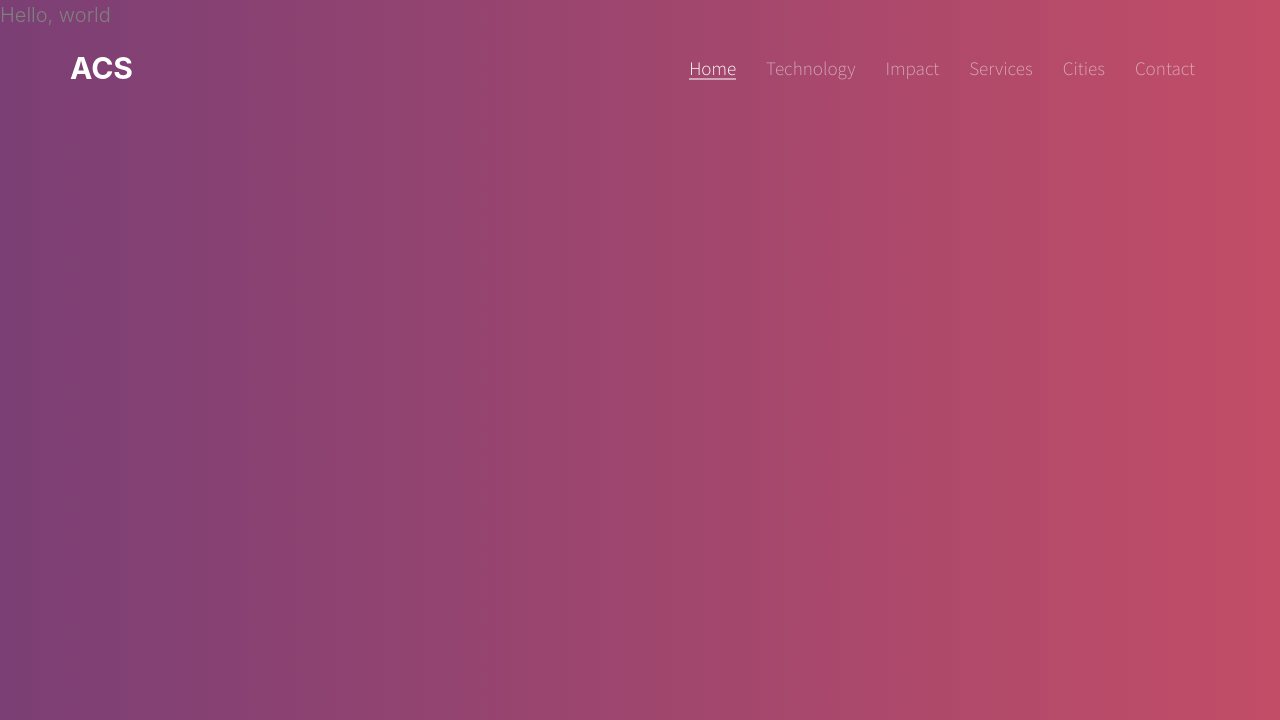
Repository: agarwalrahul-22/acs
Page: /
An editor plug-in stored every save of this project. The page is shown before and after the next save, followed by the edit.
The browser window is 1280 px wide. The pictures show the whole page.
The project was rebuilt for these pictures with package versions that can differ from the ones it lists, and the page was loaded fresh each time.

Above is the page before, as saved 2022-10-09 15:37:52.

### public/index.html
<!DOCTYPE html>
<html lang="en">
  <head>
    <meta charset="utf-8" />
    <link rel="icon" href="%PUBLIC_URL%/favicon.ico" />
    <meta name="viewport" content="width=device-width, initial-scale=1" />
    <meta name="theme-color" content="#000000" />
    <meta name="description" content="Blockchain based Atithi Compliance System" />
    <link rel="apple-touch-icon" href="%PUBLIC_URL%/logo192.png" />
    <link href='https://fonts.googleapis.com/css?family=Source+Sans+Pro:400,300,600,400italic,700' rel='stylesheet'
      type='text/css'>
    <link rel="stylesheet" href="css/animate.css">
    <link rel="stylesheet" href="css/icomoon.css">
    <link rel="stylesheet" href="css/simple-line-icons.css">
    <link rel="stylesheet" href="css/magnific-popup.css">
    <link rel="stylesheet" href="css/bootstrap.css">
    <link rel="stylesheet" href="css/style3.css">
    <!--
      manifest.json provides metadata used when your web app is installed on a
      user's mobile device or desktop. See https://developers.google.com/web/fundamentals/web-app-manifest/
    -->
    <link rel="manifest" href="%PUBLIC_URL%/manifest.json" />
    <!--
      Notice the use of %PUBLIC_URL% in the tags above.
      It will be replaced with the URL of the `public` folder during the build.
      Only files inside the `public` folder can be referenced from the HTML.

      Unlike "/favicon.ico" or "favicon.ico", "%PUBLIC_URL%/favicon.ico" will
      work correctly both with client-side routing and a non-root public URL.
      Learn how to configure a non-root public URL by running `npm run build`.
    -->
    <title>Atithi Compliance System</title>
  </head>
  <body>
    <noscript>You need to enable JavaScript to run this app.</noscript>
    <div id="root"></div>
    <!--
      This HTML file is a template.
      If you open it directly in the browser, you will see an empty page.

      You can add webfonts, meta tags, or analytics to this file.
      The build step will place the bundled scripts into the <body> tag.

      To begin the development, run `npm start` or `yarn start`.
      To create a production bundle, use `npm run build` or `yarn build`.
    -->
  </body>
</html>

### src/index.css
body {
  margin: 0;
  font-family: -apple-system, BlinkMacSystemFont, 'Segoe UI', 'Roboto', 'Oxygen',
    'Ubuntu', 'Cantarell', 'Fira Sans', 'Droid Sans', 'Helvetica Neue',
    sans-serif;
  /* background-color: #c24d67; */
  /* background-image: -webkit-gradient(linear, 0% 0%, 100% 100%, color-stop(0, #7b3f75), color-stop(1, #c24d67)); */
  /* Android 2.3 */
  background-image: -webkit-repeating-linear-gradient(top left, #7b3f75 0%, #c24d67 100%);
  /* IE10+ */
  /* background-image: repeating-linear-gradient(to bottom right, #7b3f75 0%, #c24d67 100%); */
  background-image: -ms-repeating-linear-gradient(top left, #7b3f75 0%, #c24d67 100%);
  -webkit-font-smoothing: antialiased;
  -moz-osx-font-smoothing: grayscale;
}

code {
  font-family: source-code-pro, Menlo, Monaco, Consolas, 'Courier New',
    monospace;
}

### public/css/simple-line-icons.css
@font-face {
  font-family: 'simple-line-icons';
  src:  url('../fonts/simple-line-icons/Simple-Line-Icons.eot?v=2.2.2');
  src:  url('../fonts/simple-line-icons/Simple-Line-Icons.eot?#iefix&v=2.2.2') format('embedded-opentype'),
        url('../fonts/simple-line-icons/Simple-Line-Icons.ttf?v=2.2.2') format('truetype'),
        url('../fonts/simple-line-icons/Simple-Line-Icons.woff2?v=2.2.2') format('woff2'),
        url('../fonts/simple-line-icons/Simple-Line-Icons.woff?v=2.2.2') format('woff'),
        url('../fonts/simple-line-icons/Simple-Line-Icons.svg?v=2.2.2#simple-line-icons') format('svg');
  font-weight: normal;
  font-style: normal;
}
/*
 Use the following CSS code if you want to have a class per icon.
 Instead of a list of all class selectors, you can use the generic [class*="icon-"] selector, but it's slower:
*/
.icon-user,
.icon-people,
.icon-user-female,
.icon-user-follow,
.icon-user-following,
.icon-user-unfollow,
.icon-login,
.icon-logout,
.icon-emotsmile,
.icon-phone,
.icon-call-end,
.icon-call-in,
.icon-call-out,
.icon-map,
.icon-location-pin,
.icon-direction,
.icon-directions,
.icon-compass,
.icon-layers,
.icon-menu,
.icon-list,
.icon-options-vertical,
.icon-options,
.icon-arrow-down,
.icon-arrow-left,
.icon-arrow-right,
.icon-arrow-up,
.icon-arrow-up-circle,
.icon-arrow-left-circle,
.icon-arrow-right-circle,
.icon-arrow-down-circle,
.icon-check,
.icon-clock,
.icon-plus,
.icon-close,
.icon-trophy,
.icon-screen-smartphone,
.icon-screen-desktop,
.icon-plane,
.icon-notebook,
.icon-mustache,
.icon-mouse,
.icon-magnet,
.icon-energy,
.icon-disc,
.icon-cursor,
.icon-cursor-move,
.icon-crop,
.icon-chemistry,
.icon-speedometer,
.icon-shield,
.icon-screen-tablet,
.icon-magic-wand,
.icon-hourglass,
.icon-graduation,
.icon-ghost,
.icon-game-controller,
.icon-fire,
.icon-eyeglass,
.icon-envelope-open,
.icon-envelope-letter,
.icon-bell,
.icon-badge,
.icon-anchor,
.icon-wallet,
.icon-vector,
.icon-speech,
.icon-puzzle,
.icon-printer,
.icon-present,
.icon-playlist,
.icon-pin,
.icon-picture,
.icon-handbag,
.icon-globe-alt,
.icon-globe,
.icon-folder-alt,
.icon-folder,
.icon-film,
.icon-feed,
.icon-drop,
.icon-drawar,
.icon-docs,
.icon-doc,
.icon-diamond,
.icon-cup,
.icon-calculator,
.icon-bubbles,
.icon-briefcase,
.icon-book-open,
.icon-basket-loaded,
.icon-basket,
.icon-bag,
.icon-action-undo,
.icon-action-redo,
.icon-wrench,
.icon-umbrella,
.icon-trash,
.icon-tag,
.icon-support,
.icon-frame,
.icon-size-fullscreen,
.icon-size-actual,
.icon-shuffle,
.icon-share-alt,
.icon-share,
.icon-rocket,
.icon-question,
.icon-pie-chart,
.icon-pencil,
.icon-note,
.icon-loop,
.icon-home,
.icon-grid,
.icon-graph,
.icon-microphone,
.icon-music-tone-alt,
.icon-music-tone,
.icon-earphones-alt,
.icon-earphones,
.icon-equalizer,
.icon-like,
.icon-dislike,
.icon-control-start,
.icon-control-rewind,
.icon-control-play,
.icon-control-pause,
.icon-control-forward,
.icon-control-end,
.icon-volume-1,
.icon-volume-2,
.icon-volume-off,
.icon-calendar,
.icon-bulb,
.icon-chart,
.icon-ban,
.icon-bubble,
.icon-camrecorder,
.icon-camera,
.icon-cloud-download,
.icon-cloud-upload,
.icon-envelope,
.icon-eye,
.icon-flag,
.icon-heart,
.icon-info,
.icon-key,
.icon-link,
.icon-lock,
.icon-lock-open,
.icon-magnifier,
.icon-magnifier-add,
.icon-magnifier-remove,
.icon-paper-clip,
.icon-paper-plane,
.icon-power,
.icon-refresh,
.icon-reload,
.icon-settings,
.icon-star,
.icon-symble-female,
.icon-symbol-male,
.icon-target,
.icon-credit-card,
.icon-paypal,
.icon-social-tumblr,
.icon-social-twitter,
.icon-social-facebook,
.icon-social-instagram,
.icon-social-linkedin,
.icon-social-pinterest,
.icon-social-github,
.icon-social-gplus,
.icon-social-reddit,
.icon-social-skype,
.icon-social-dribbble,
.icon-social-behance,
.icon-social-foursqare,
.icon-social-soundcloud,
.icon-social-spotify,
.icon-social-stumbleupon,
.icon-social-youtube,
.icon-social-dropbox {
  font-family: 'simple-line-icons';
  speak: none;
  font-style: normal;
  font-weight: normal;
  font-variant: normal;
  text-transform: none;
  line-height: 1;
  /* Better Font Rendering =========== */
  -webkit-font-smoothing: antialiased;
  -moz-osx-font-smoothing: grayscale;
}
.icon-user:before {
  content: "\e005";
}
.icon-people:before {
  content: "\e001";
}
.icon-user-female:before {
  content: "\e000";
}
.icon-user-follow:before {
  content: "\e002";
}
.icon-user-following:before {
  content: "\e003";
}
.icon-user-unfollow:before {
  content: "\e004";
}
.icon-login:before {
  content: "\e066";
}
.icon-logout:before {
  content: "\e065";
}
.icon-emotsmile:before {
  content: "\e021";
}
.icon-phone:before {
  content: "\e600";
}
.icon-call-end:before {
  content: "\e048";
}
.icon-call-in:before {
  content: "\e047";
}
.icon-call-out:before {
  content: "\e046";
}
.icon-map:before {
  content: "\e033";
}
.icon-location-pin:before {
  content: "\e096";
}
.icon-direction:before {
  content: "\e042";
}
.icon-directions:before {
  content: "\e041";
}
.icon-compass:before {
  content: "\e045";
}
.icon-layers:before {
  content: "\e034";
}
.icon-menu:before {
  content: "\e601";
}
.icon-list:before {
  content: "\e067";
}
.icon-options-vertical:before {
  content: "\e602";
}
.icon-options:before {
  content: "\e603";
}
.icon-arrow-down:before {
  content: "\e604";
}
.icon-arrow-left:before {
  content: "\e605";
}
.icon-arrow-right:before {
  content: "\e606";
}
.icon-arrow-up:before {
  content: "\e607";
}
.icon-arrow-up-circle:before {
  content: "\e078";
}
.icon-arrow-left-circle:before {
  content: "\e07a";
}
.icon-arrow-right-circle:before {
  content: "\e079";
}
.icon-arrow-down-circle:before {
  content: "\e07b";
}
.icon-check:before {
  content: "\e080";
}
.icon-clock:before {
  content: "\e081";
}
.icon-plus:before {
  content: "\e095";
}
.icon-close:before {
  content: "\e082";
}
.icon-trophy:before {
  content: "\e006";
}
.icon-screen-smartphone:before {
  content: "\e010";
}
.icon-screen-desktop:before {
  content: "\e011";
}
.icon-plane:before {
  content: "\e012";
}
.icon-notebook:before {
  content: "\e013";
}
.icon-mustache:before {
  content: "\e014";
}
.icon-mouse:before {
  content: "\e015";
}
.icon-magnet:before {
  content: "\e016";
}
.icon-energy:before {
  content: "\e020";
}
.icon-disc:before {
  content: "\e022";
}
.icon-cursor:before {
  content: "\e06e";
}
.icon-cursor-move:before {
  content: "\e023";
}
.icon-crop:before {
  content: "\e024";
}
.icon-chemistry:before {
  content: "\e026";
}
.icon-speedometer:before {
  content: "\e007";
}
.icon-shield:before {
  content: "\e00e";
}
.icon-screen-tablet:before {
  content: "\e00f";
}
.icon-magic-wand:before {
  content: "\e017";
}
.icon-hourglass:before {
  content: "\e018";
}
.icon-graduation:before {
  content: "\e019";
}
.icon-ghost:before {
  content: "\e01a";
}
.icon-game-controller:before {
  content: "\e01b";
}
.icon-fire:before {
  content: "\e01c";
}
.icon-eyeglass:before {
  content: "\e01d";
}
.icon-envelope-open:before {
  content: "\e01e";
}
.icon-envelope-letter:before {
  content: "\e01f";
}
.icon-bell:before {
  content: "\e027";
}
.icon-badge:before {
  content: "\e028";
}
.icon-anchor:before {
  content: "\e029";
}
.icon-wallet:before {
  content: "\e02a";
}
.icon-vector:before {
  content: "\e02b";
}
.icon-speech:before {
  content: "\e02c";
}
.icon-puzzle:before {
  content: "\e02d";
}
.icon-printer:before {
  content: "\e02e";
}
.icon-present:before {
  content: "\e02f";
}
.icon-playlist:before {
  content: "\e030";
}
.icon-pin:before {
  content: "\e031";
}
.icon-picture:before {
  content: "\e032";
}
.icon-handbag:before {
  content: "\e035";
}
.icon-globe-alt:before {
  content: "\e036";
}
.icon-globe:before {
  content: "\e037";
}
.icon-folder-alt:before {
  content: "\e039";
}
.icon-folder:before {
  content: "\e089";
}
.icon-film:before {
  content: "\e03a";
}
.icon-feed:before {
  content: "\e03b";
}
.icon-drop:before {
  content: "\e03e";
}
.icon-drawar:before {
  content: "\e03f";
}
.icon-docs:before {
  content: "\e040";
}
.icon-doc:before {
  content: "\e085";
}
.icon-diamond:before {
  content: "\e043";
}
.icon-cup:before {
  content: "\e044";
}
.icon-calculator:before {
  content: "\e049";
}
.icon-bubbles:before {
  content: "\e04a";
}
.icon-briefcase:before {
  content: "\e04b";
}
.icon-book-open:before {
  content: "\e04c";
}
.icon-basket-loaded:before {
  content: "\e04d";
}
.icon-basket:before {
  content: "\e04e";
}
.icon-bag:before {
  content: "\e04f";
}
.icon-action-undo:before {
  content: "\e050";
}
.icon-action-redo:before {
  content: "\e051";
}
.icon-wrench:before {
  content: "\e052";
}
.icon-umbrella:before {
  content: "\e053";
}
.icon-trash:before {
  content: "\e054";
}
.icon-tag:before {
  content: "\e055";
}
.icon-support:before {
  content: "\e056";
}
.icon-frame:before {
  content: "\e038";
}
.icon-size-fullscreen:before {
  content: "\e057";
}
.icon-size-actual:before {
  content: "\e058";
}
.icon-shuffle:before {
  content: "\e059";
}
.icon-share-alt:before {
  content: "\e05a";
}
.icon-share:before {
  content: "\e05b";
}
.icon-rocket:before {
  content: "\e05c";
}
.icon-question:before {
  content: "\e05d";
}
.icon-pie-chart:before {
  content: "\e05e";
}
.icon-pencil:before {
  content: "\e05f";
}
.icon-note:before {
  content: "\e060";
}
.icon-loop:before {
  content: "\e064";
}
.icon-home:before {
  content: "\e069";
}
.icon-grid:before {
  content: "\e06a";
}
.icon-graph:before {
  content: "\e06b";
}
.icon-microphone:before {
  content: "\e063";
}
.icon-music-tone-alt:before {
  content: "\e061";
}
.icon-music-tone:before {
  content: "\e062";
}
.icon-earphones-alt:before {
  content: "\e03c";
}
.icon-earphones:before {
  content: "\e03d";
}
.icon-equalizer:before {
  content: "\e06c";
}
.icon-like:before {
  content: "\e068";
}
.icon-dislike:before {
  content: "\e06d";
}
.icon-control-start:before {
  content: "\e06f";
}
.icon-control-rewind:before {
  content: "\e070";
}
.icon-control-play:before {
  content: "\e071";
}
.icon-control-pause:before {
  content: "\e072";
}
.icon-control-forward:before {
  content: "\e073";
}
.icon-control-end:before {
  content: "\e074";
}
.icon-volume-1:before {
  content: "\e09f";
}
.icon-volume-2:before {
  content: "\e0a0";
}
.icon-volume-off:before {
  content: "\e0a1";
}
.icon-calendar:before {
  content: "\e075";
}
.icon-bulb:before {
  content: "\e076";
}
.icon-chart:before {
  content: "\e077";
}
.icon-ban:before {
  content: "\e07c";
}
.icon-bubble:before {
  content: "\e07d";
}
.icon-camrecorder:before {
  content: "\e07e";
}
.icon-camera:before {
  content: "\e07f";
}
.icon-cloud-download:before {
  content: "\e083";
}
.icon-cloud-upload:before {
  content: "\e084";
}
.icon-envelope:before {
  content: "\e086";
}
.icon-eye:before {
  content: "\e087";
}
.icon-flag:before {
  content: "\e088";
}
.icon-heart:before {
  content: "\e08a";
}
.icon-info:before {
  content: "\e08b";
}
.icon-key:before {
  content: "\e08c";
}
.icon-link:before {
  content: "\e08d";
}
.icon-lock:before {
  content: "\e08e";
}
.icon-lock-open:before {
  content: "\e08f";
}
.icon-magnifier:before {
  content: "\e090";
}
.icon-magnifier-add:before {
  content: "\e091";
}
.icon-magnifier-remove:before {
  content: "\e092";
}
.icon-paper-clip:before {
  content: "\e093";
}
.icon-paper-plane:before {
  content: "\e094";
}
.icon-power:before {
  content: "\e097";
}
.icon-refresh:before {
  content: "\e098";
}
.icon-reload:before {
  content: "\e099";
}
.icon-settings:before {
  content: "\e09a";
}
.icon-star:before {
  content: "\e09b";
}
.icon-symble-female:before {
  content: "\e09c";
}
.icon-symbol-male:before {
  content: "\e09d";
}
.icon-target:before {
  content: "\e09e";
}
.icon-credit-card:before {
  content: "\e025";
}
.icon-paypal:before {
  content: "\e608";
}
.icon-social-tumblr:before {
  content: "\e00a";
}
.icon-social-twitter:before {
  content: "\e009";
}
.icon-social-facebook:before {
  content: "\e00b";
}
.icon-social-instagram:before {
  content: "\e609";
}
.icon-social-linkedin:before {
  content: "\e60a";
}
.icon-social-pinterest:before {
  content: "\e60b";
}
.icon-social-github:before {
  content: "\e60c";
}
.icon-social-gplus:before {
  content: "\e60d";
}
.icon-social-reddit:before {
  content: "\e60e";
}
.icon-social-skype:before {
  content: "\e60f";
}
.icon-social-dribbble:before {
  content: "\e00d";
}
.icon-social-behance:before {
  content: "\e610";
}
.icon-social-foursqare:before {
  content: "\e611";
}
.icon-social-soundcloud:before {
  content: "\e612";
}
.icon-social-spotify:before {
  content: "\e613";
}
.icon-social-stumbleupon:before {
  content: "\e614";
}
.icon-social-youtube:before {
  content: "\e008";
}
.icon-social-dropbox:before {
  content: "\e00c";
}

Loaded but not shown: src/index.js (common file); src/reportWebVitals.js (common file); public/css/animate.css (library); public/css/icomoon.css (common file); public/css/magnific-popup.css (library); public/css/bootstrap.css (library); src/components/HeaderComponent.js (31 lines, source omitted); src/App.js (13 lines, source omitted); src/components/LandingComponent.js (9 lines, source omitted); public/css/style3.css (1411 lines, source omitted)

After the next save:
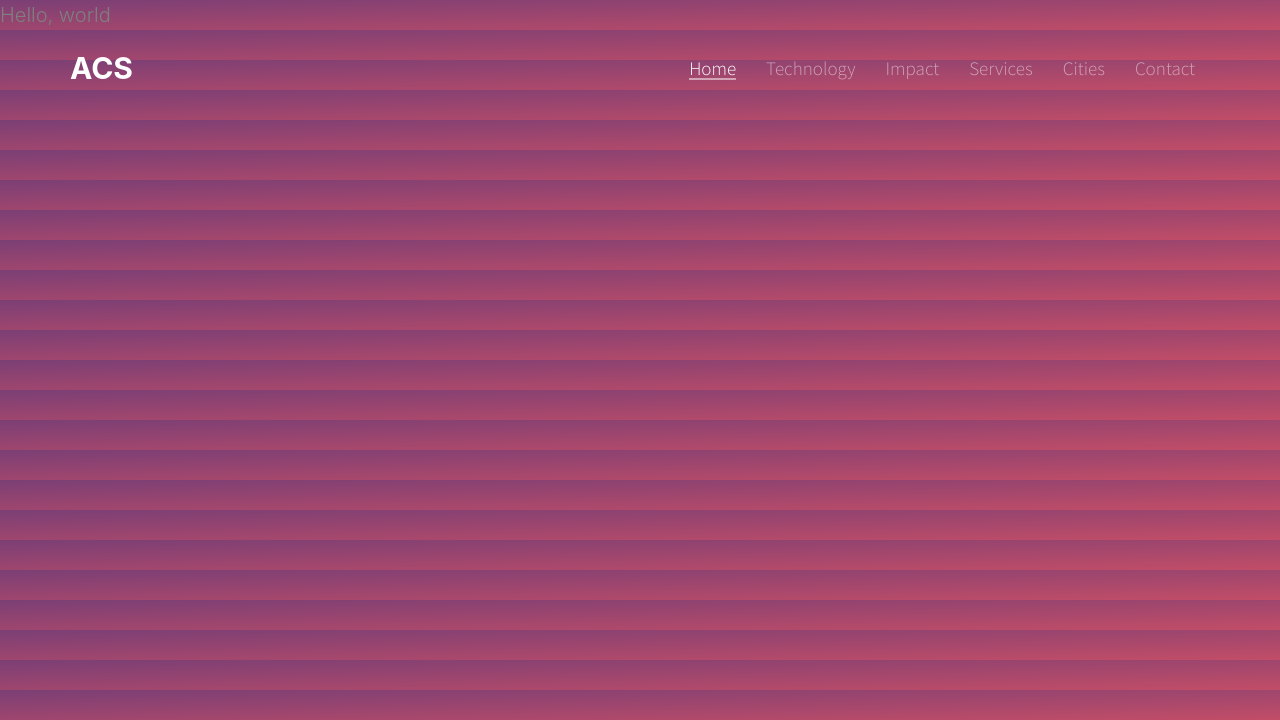
Saved 39 s later.
--- a/src/index.css
+++ b/src/index.css
@@ -8,7 +8,7 @@
   /* Android 2.3 */
   background-image: -webkit-repeating-linear-gradient(top left, #7b3f75 0%, #c24d67 100%);
   /* IE10+ */
-  /* background-image: repeating-linear-gradient(to bottom right, #7b3f75 0%, #c24d67 100%); */
+  background-image: repeating-linear-gradient(to bottom right, #7b3f75 0%, #c24d67 100%);
   background-image: -ms-repeating-linear-gradient(top left, #7b3f75 0%, #c24d67 100%);
   -webkit-font-smoothing: antialiased;
   -moz-osx-font-smoothing: grayscale;

After the save that followed:
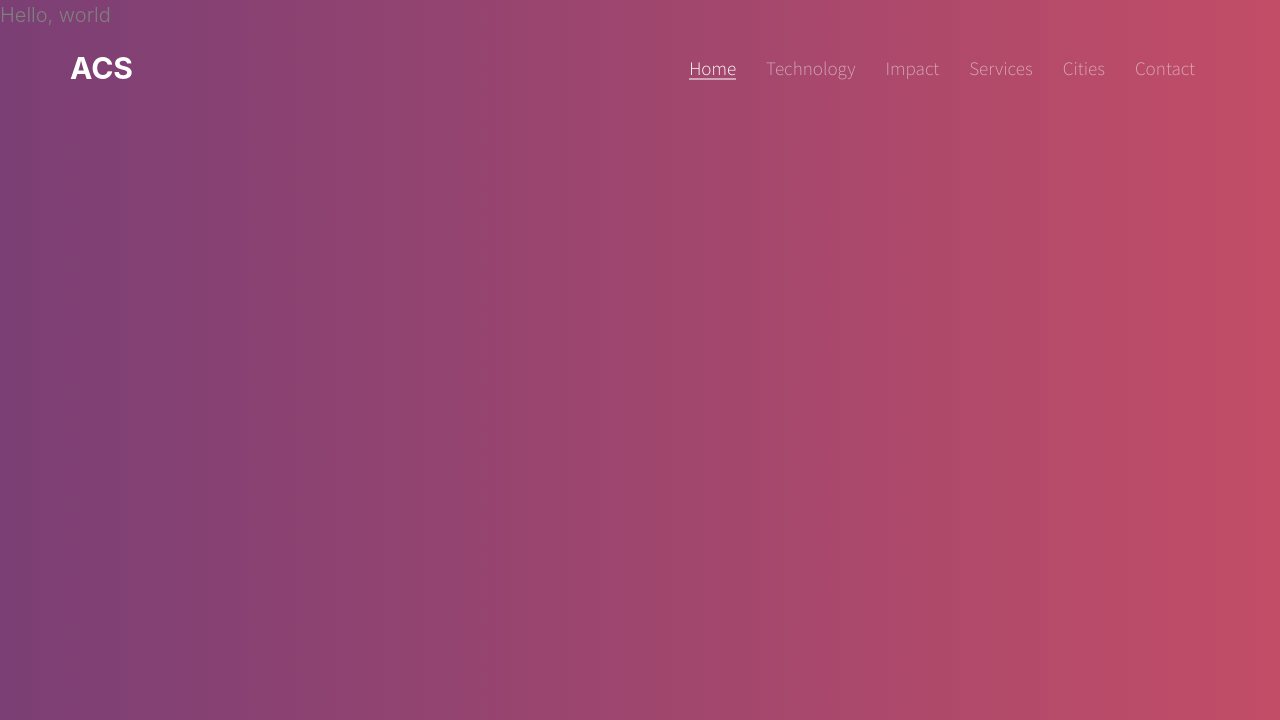
Saved 4 s later.
--- a/src/index.css
+++ b/src/index.css
@@ -8,7 +8,7 @@
   /* Android 2.3 */
   background-image: -webkit-repeating-linear-gradient(top left, #7b3f75 0%, #c24d67 100%);
   /* IE10+ */
-  background-image: repeating-linear-gradient(to bottom right, #7b3f75 0%, #c24d67 100%);
+  /* background-image: repeating-linear-gradient(to bottom right, #7b3f75 0%, #c24d67 100%); */
   background-image: -ms-repeating-linear-gradient(top left, #7b3f75 0%, #c24d67 100%);
   -webkit-font-smoothing: antialiased;
   -moz-osx-font-smoothing: grayscale;
